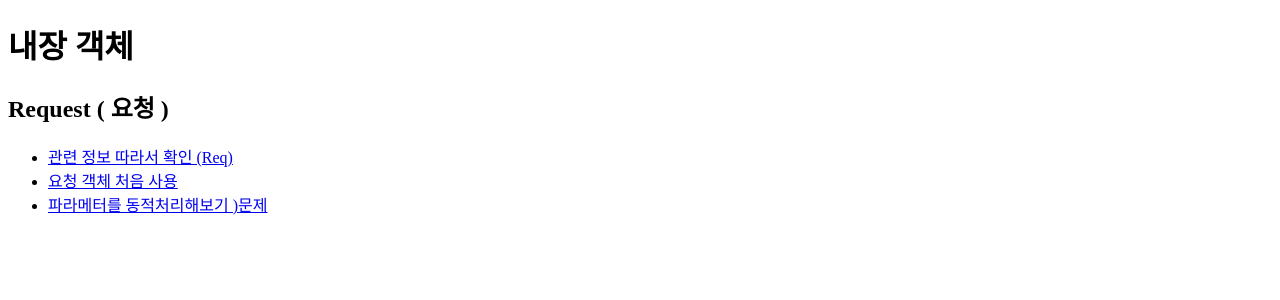
Repository: Kimgigon123123/JspServlet
Page: http://localhost/04.Implicit/
The author's editor kept a copy of each file at every save. The page is drawn from the files as they stood at one save, then again after the next save.
The browser window is 1280 px wide. The pictures show the whole page.
The page is served by Tomcat 9.

Above is the page before, as saved 2023-05-22 02:42:49.

After the next save:
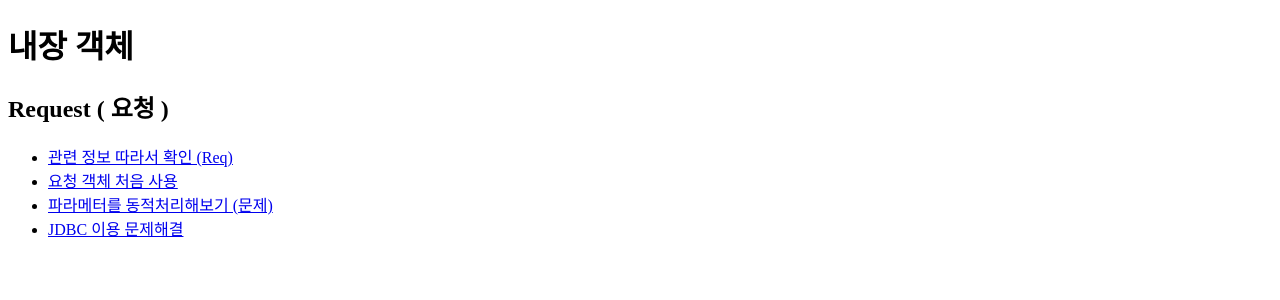
Saved 72 s later.
--- a/WorkSpace/04.Implicit/src/main/webapp/index.jsp
+++ b/WorkSpace/04.Implicit/src/main/webapp/index.jsp
@@ -12,7 +12,8 @@
 	<ul>
 		<li><a href="Ex01_Request/Ex00_IntoRequest.jsp">관련 정보 따라서 확인 (Req)</a></li>
 		<li><a href="Ex01_Request/Ex01_Request.jsp">요청 객체 처음 사용</a></li>
-		<li><a href="Ex01_Request/Ex02_Request.jsp">파라메터를 동적처리해보기 )문제</a></li>
+		<li><a href="Ex01_Request/Ex02_Request.jsp">파라메터를 동적처리해보기 (문제)</a></li>
+		<li><a href="Ex01_Request/Ex03_Request.jsp">JDBC 이용 문제해결</a></li>
 	</ul>
 </body>
 </html>
